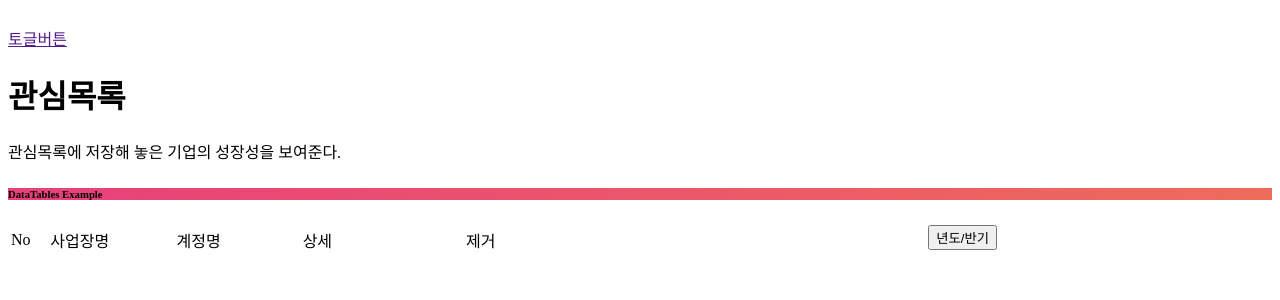
Repository: bangProgram/PJT_Finance
Page: http://localhost/Finance/WEB-INF/views/interest/interestList.jsp
An editor plug-in stored every save of this project. The page is shown before and after the next save, followed by the edit.
The browser window is 1280 px wide. The pictures show the whole page.
The page is served by Tomcat 9. Nobody is signed in. The template is opened directly, without the code that normally fills it, so the values that code supplies are empty.

Above is the page before, as saved 2022-11-03 04:53:20.
Console error: SyntaxError: Unexpected token ','

After the next save:
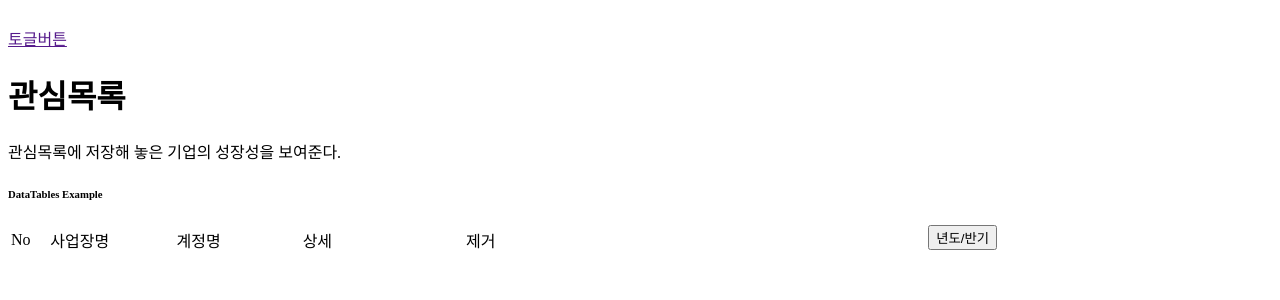
Saved 21 min 57 s later.
--- a/Finance/src/main/webapp/WEB-INF/views/interest/interestList.jsp
+++ b/Finance/src/main/webapp/WEB-INF/views/interest/interestList.jsp
@@ -254,7 +254,8 @@
 			},
 			dataType : 'json',
 			success : function(data) { // 결과 성공 콜백함수
-				$(".card-header").css("color","indianred");
+				$('#dataTables').css("animation-name","del");
+				$('#dataTables').css("animation-duration","2.5s");
 			},
 			error : function(request, status, error) {
 				console.log(error)
@@ -264,22 +265,9 @@
 </script>
 
 <style>
-.card-header {
-	background: linear-gradient(-45deg, #ee7752, #e73c7e, #23a6d5, #23d5ab);
-	background-size: 400% 400%;
-	animation: gradient 15s ease infinite;
-}
-
-@keyframes gradient {
-	0% {
-		background-position: 0% 50%;
-	}
-	50% {
-		background-position: 100% 50%;
-	}
-	100% {
-		background-position: 0% 50%;
-	}
+@keyframes del {
+	from{background : indianred;}
+	to{background : transparent;}
 }
 </style>
 <html>
@@ -308,7 +296,7 @@
 
 	<!-- DataTales Example -->
     <div class="card shadow mb-4">
-        <div class="card-header py-3">
+        <div class="card-header py-3" id="dataTables">
             <h6 class="m-0 font-weight-bold text-primary">DataTables Example</h6>
         </div>
         <div class="card-body">
